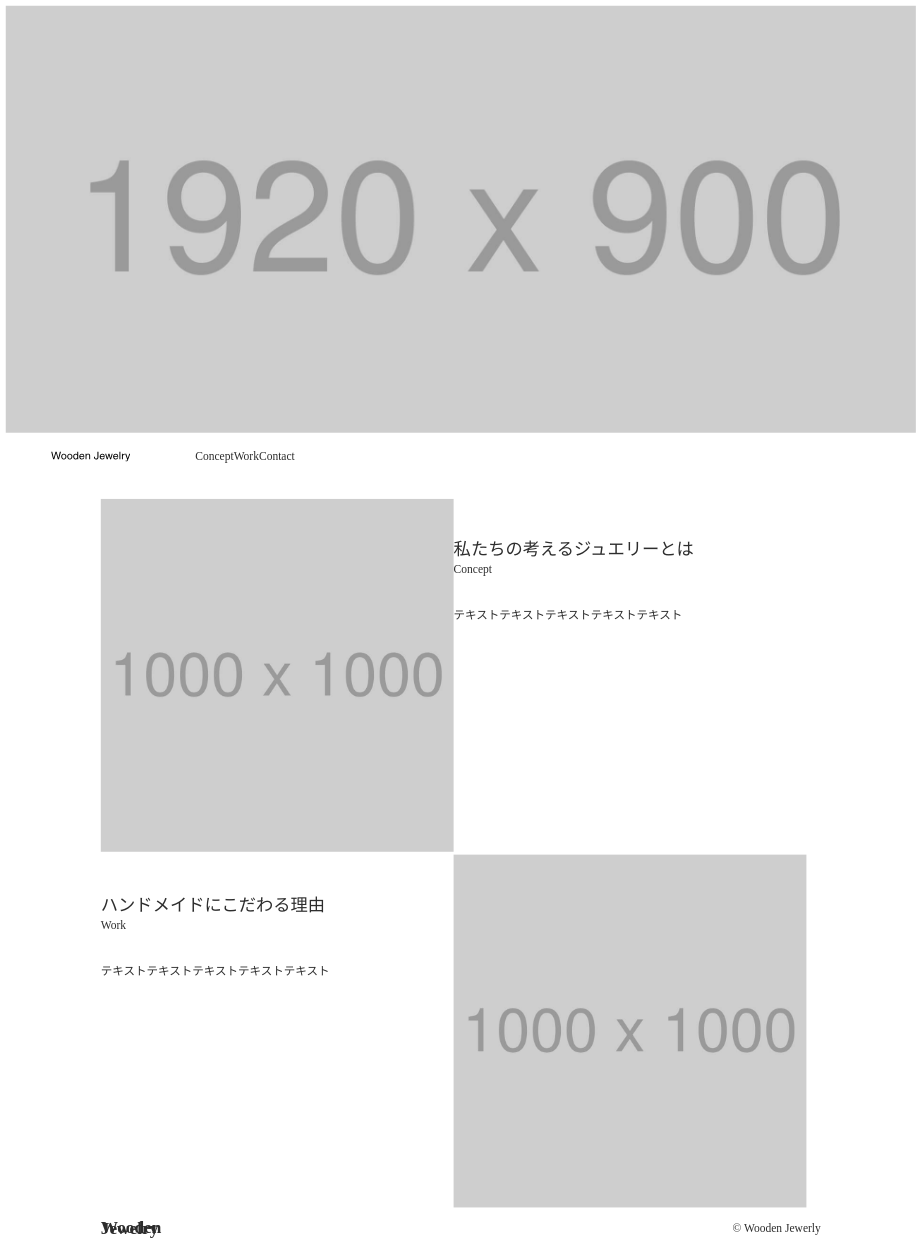
Repository: Fuki-san/jewelry
Page: http://localhost/jewelry
These files come from the project's save history. The page is drawn as it stood at one moment and after a run of saves; the edit follows.
The browser window is 1280 px wide. The pictures show the whole page, at 72% of full size.
The page is served by the project's Laravel application, run on PHP 8.4 with Laravel 10. Other server files are loaded and not shown.

Above is the page before, as saved 2023-11-26 14:53:41.

### routes/web.php
<?php

use Illuminate\Support\Facades\Route;

/*
|--------------------------------------------------------------------------
| Web Routes
|--------------------------------------------------------------------------
|
| Here is where you can register web routes for your application. These
| routes are loaded by the RouteServiceProvider and all of them will
| be assigned to the "web" middleware group. Make something great!
|
*/

Route::get('/', function () {
    return view('welcome');
});

Route::get('jewelry', function () {
    return view('jewelry');
});

### resources/views/jewelry.blade.php
@extends('layouts.main')

@section('title', 'jewelry')

@section('content')
    <div id="mainvisual">
        <img src="img/mainvisual.jpg">
    </div>
    <header id="header">
        <h1 class="site-title"><a href="#"><img src="img/logo.svg"></a></h1>
        <nav>
            <ul>
                <li><a href="#concept">Concept</a></li>
                <li><a href="#work">Work</a></li>
                <li><a href="mailto:xxx@xxx.xxx?subject=お問い合わせ">Contact</a></li>
            </ul>
        </nav>
    </header>

    <div class="container">
        <main>
            <section id="concept" class="content">
                <div class="img">
                    <img src="img/concept.jpg">
                </div>
                <div class="text">
                    <h2 class="section-title">私たちの考えるジュエリーとは</h2>
                    <span class="section-title-en">Concept</span>
                    <p>テキストテキストテキストテキストテキスト</p>
                </div>
            </section>

            <section id="work" class="content">
                <div class="text">
                    <h2 class="section-title">ハンドメイドにこだわる理由</h2>
                    <span class="section-title-en">Work</span>
                    <p>テキストテキストテキストテキストテキスト</p>
                </div>
                <div class="img">
                    <img src="img/work.jpg">
                </div>
            </section>
        </main>

        <footer id="footer">
            <h2 class="site-title">Wooden Jewelry</h2>
            <p class="copyright">&copy; Wooden Jewerly</p>
        </footer>
    </div>

@endsection

### resources/views/layouts/main.blade.php
<!DOCTYPE html>
<html lang="ja">
<head>
    <meta charset="UTF-8">
    <meta name="viewport" content="width=device-width, initial-scale=1.0">
    <meta http-equiv="X-UA-Compatible" content="ie=edge">
    <link rel="stylesheet" href="{{ asset('css/reset.css') }}">
    <link rel="stylesheet" href="{{ asset('css/style.css') }}">
    <link rel="icon" href="img/favicon.ico">
    <title>@yield('title')</title>
</head>
<body>
    @yield('content')
</body>
</html>

### public/css/style.css
@charset "utf-8";

html{
    font-size: 100%;
}
body{
    font-family: 'Crimson Text', serif;
    color: #2d2d2d;
}
ul{
    list-style: none;
}
a{
    text-decoration: none;
    color:#2d2d2d;
}

img{
    max-width: 100%;
    /* img親のdivのコンテンツラインと子のimgコンテンツラインの下端だけ少し隙間がある。
    その理由は、画像の横にテキストが入力された場合にデフォルトで定まっているvertical-align baseline
    が適応され、英文字のbaseline的に多少の文字の一部が下に出てしまうからであり、今回は文字もかかず、
    子imgと親divの下端の隙間はいらないため、vertical-align bottomで隙間を除去する。
    baselineとbottomの差は微小なので分かりずらいが、例えばgのbaselineはgフォントの下のクルンって
    なっているところの途中で baselineがくるが、bottomならほんとに一番下のクルンのところでくる
    隙間があるかどうかは親divのbackgroundcolorを設定すると分かりやすい */
    vertical-align: buttom;
}

.container{
    margin: 0 auto;
    max-width: 1000px;
    padding: 0 18px;
}

.site-title{
    width: 110px;
    line-height: 1px;
    margin-right: 50px;
}
.site-title a{
    display: block;
}
.section-title{
    font-size: 1.5rem;
    font-weight: normal;
    margin-bottom: 4px;
}

.section-title-en{
    display: inline-block;
    /* スパンタグでもmarginbottom使えるようにするため */
    margin-bottom: 25px;
}

#mainvisual{
    padding: 4% auto 0 auto;
}








.content{
    display: flex;
}
.img{
    width: 49%;
}
.text{
    width: 49%;
}



#header{
    display: flex;
    align-items: center;
    padding: 0 5%;
}
#header ul{
    display: flex;
}

.container{
    padding-top: 30px;
}
.text{
    padding: 30px 0;
}


#footer {
    display: flex;
    justify-content: space-between;
    align-items: center;
}

### public/img/logo.svg
<?xml version="1.0" encoding="utf-8"?>
<!-- Generator: Adobe Illustrator 15.1.0, SVG Export Plug-In . SVG Version: 6.00 Build 0)  -->
<!DOCTYPE svg PUBLIC "-//W3C//DTD SVG 1.1//EN" "http://www.w3.org/Graphics/SVG/1.1/DTD/svg11.dtd">
<svg version="1.1" id="レイヤー_1" xmlns="http://www.w3.org/2000/svg" xmlns:xlink="http://www.w3.org/1999/xlink" x="0px"
	 y="0px" width="1000px" height="140px" viewBox="0 0 1000 140" enable-background="new 0 0 1000 140" xml:space="preserve">
<g>
	<path d="M39.405,111.195H25.498L0,13.294h14.317l18.271,79.63h0.273l21.952-79.63h14.454l21.953,79.63h0.273l18.271-79.63h14.59
		l-25.771,97.901H84.674l-22.362-81.13H62.04L39.405,111.195z"/>
	<path d="M160.348,37.837c22.771,0,33.133,19.226,33.133,37.634c0,18.407-10.362,37.633-33.133,37.633
		c-22.771,0-33.134-19.226-33.134-37.633C127.214,57.063,137.577,37.837,160.348,37.837z M160.348,102.741
		c17.18,0,20.726-17.726,20.726-27.27c0-9.545-3.545-27.271-20.726-27.271c-17.181,0-20.725,17.726-20.725,27.271
		C139.623,85.015,143.167,102.741,160.348,102.741z"/>
	<path d="M236.16,37.837c22.771,0,33.133,19.226,33.133,37.634c0,18.407-10.362,37.633-33.133,37.633
		c-22.771,0-33.134-19.226-33.134-37.633C203.026,57.063,213.389,37.837,236.16,37.837z M236.16,102.741
		c17.18,0,20.726-17.726,20.726-27.27c0-9.545-3.545-27.271-20.726-27.271c-17.181,0-20.725,17.726-20.725,27.271
		C215.435,85.015,218.979,102.741,236.16,102.741z"/>
	<path d="M342.105,111.195h-11.318v-9.817h-0.272c-5.182,9.681-13.362,11.863-20.316,11.863c-24.271,0-31.361-22.771-31.361-39.815
		c0-20.044,10.772-35.588,29.724-35.588c12.954,0,18.408,8.045,21.271,12.136l0.273-0.955V13.294h12V111.195z M310.471,102.877
		c7.637,0,19.499-5.044,19.499-23.998c0-11.59-1.909-30.271-19.226-30.271c-18.544,0-19.499,17.59-19.499,26.725
		C291.245,91.015,297.381,102.877,310.471,102.877z"/>
	<path d="M419.28,88.833c-0.408,3.409-3.681,13.499-12.681,19.499c-3.272,2.181-7.908,4.909-19.362,4.909
		c-20.043,0-31.907-15.135-31.907-35.725c0-22.089,10.636-39.679,34.225-39.679c20.589,0,30.679,16.363,30.679,41.588h-52.086
		c0,14.862,6.954,23.452,20.726,23.452c11.317,0,17.998-8.727,18.408-14.044H419.28z M407.827,69.88
		c-0.682-11.044-5.317-21.271-19.907-21.271c-11.045,0-19.771,10.227-19.771,21.271H407.827z"/>
	<path d="M492.638,111.195h-11.999V67.29c0-12.408-3.545-18.681-15.271-18.681c-6.817,0-18.817,4.363-18.817,23.726v38.86h-11.998
		V39.882h11.317v10.09h0.273c2.59-3.818,9.271-12.136,21.543-12.136c11.044,0,24.952,4.5,24.952,24.816V111.195z"/>
	<path d="M554.132,79.697v6.818c0,11.726,5.591,15.953,14.727,15.953c12.271,0,15.68-7.363,15.68-16.908V13.294h13.227v71.449
		c0,22.907-14.999,29.043-28.225,29.043c-22.771,0-27.815-15.272-27.815-24.407v-9.681H554.132z"/>
	<path d="M676.985,88.833c-0.409,3.409-3.682,13.499-12.681,19.499c-3.272,2.181-7.908,4.909-19.362,4.909
		c-20.044,0-31.906-15.135-31.906-35.725c0-22.089,10.636-39.679,34.225-39.679c20.589,0,30.679,16.363,30.679,41.588h-52.086
		c0,14.862,6.954,23.452,20.726,23.452c11.317,0,17.998-8.727,18.407-14.044H676.985z M665.531,69.88
		c-0.681-11.044-5.316-21.271-19.906-21.271c-11.045,0-19.771,10.227-19.771,21.271H665.531z"/>
	<path d="M715.574,111.195h-12.407l-20.59-71.313h13.091l13.634,56.041h0.273l13.771-56.041h13.362l13.908,56.041h0.273
		l14.453-56.041h11.998l-20.725,71.313h-12.409l-14.453-55.223h-0.272L715.574,111.195z"/>
	<path d="M847.153,88.833c-0.409,3.409-3.682,13.499-12.681,19.499c-3.272,2.181-7.908,4.909-19.362,4.909
		c-20.044,0-31.906-15.135-31.906-35.725c0-22.089,10.635-39.679,34.225-39.679c20.589,0,30.679,16.363,30.679,41.588h-52.086
		c0,14.862,6.954,23.452,20.726,23.452c11.317,0,17.998-8.727,18.407-14.044H847.153z M835.699,69.88
		c-0.682-11.044-5.316-21.271-19.906-21.271c-11.045,0-19.771,10.227-19.771,21.271H835.699z"/>
	<path d="M874.695,111.195h-11.998V13.294h11.998V111.195z"/>
	<path d="M906.327,111.195h-11.999V39.882h11.318v11.863h0.271c4.772-8.318,11.045-13.909,20.045-13.909
		c1.499,0,2.181,0.137,3.135,0.409v12.408h-4.499c-11.182,0-18.271,8.727-18.271,19.09V111.195z"/>
	<path d="M986.774,39.882H1000c-8.317,23.316-16.499,46.633-25.634,69.949c-11.317,28.907-12.544,30.543-27.953,30.543
		c-1.772,0-3.135-0.545-5.044-1.091v-10.908c1.499,0.545,3.954,1.227,7.227,1.227c6.272,0,6.954-1.772,12.681-16.499l-26.453-73.221
		h13.636l18.953,58.086h0.273L986.774,39.882z"/>
</g>
</svg>

After the next 2 saves:
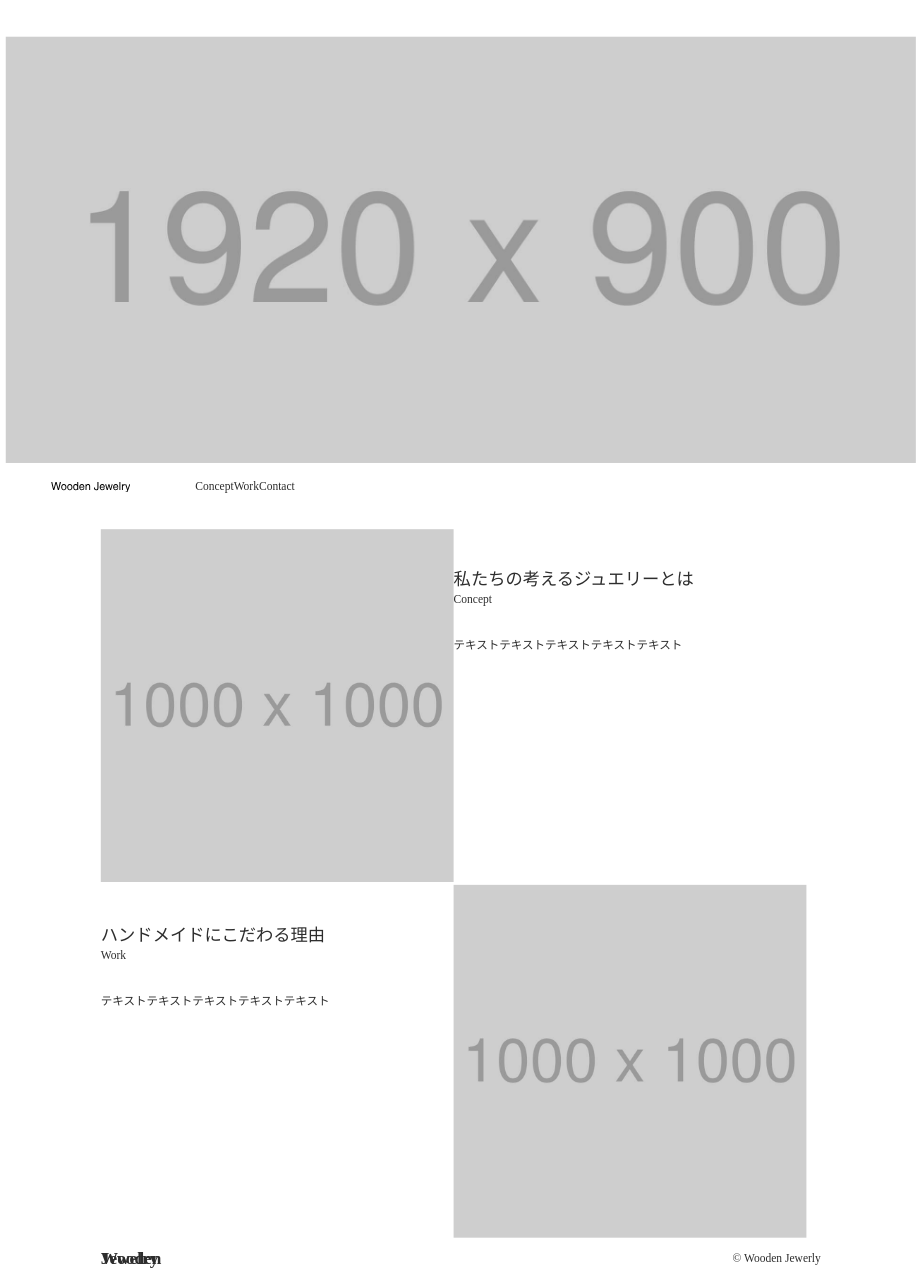
The 2 saves are shown as one change because they came seconds apart.
The last was saved 16 s later.
--- a/public/css/style.css
+++ b/public/css/style.css
@@ -54,7 +54,7 @@ img{
 }
 
 #mainvisual{
-    padding: 4% auto 0 auto;
+    margin: 4% auto 0 auto;
 }
 
 
